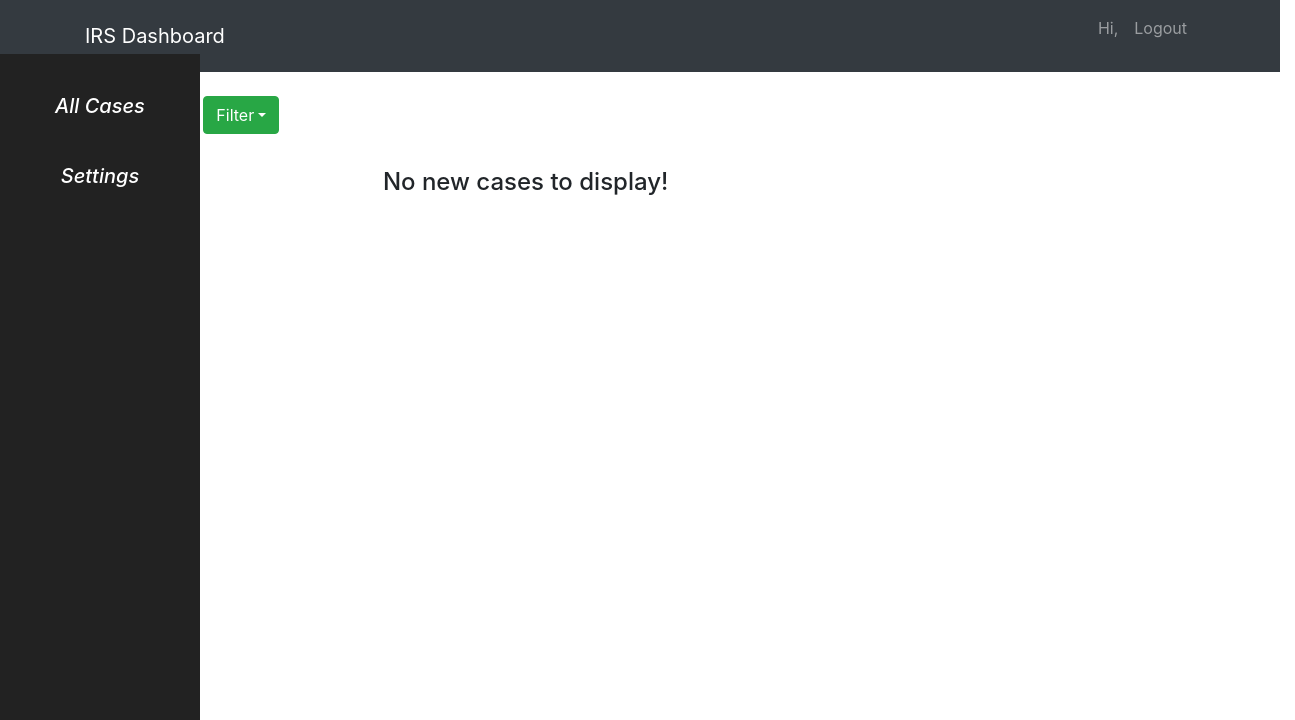
Repository: greeshmavyas/IRS_CS
Page: /AgentDashboard (app in AgentManagement/Frontend/)
The author's editor kept a copy of each file at every save. The page is drawn from the files as they stood at one save, then again after the next save.
The browser window is 1280 px wide. The page is 1295 px wide, so the pictures cover 1295 px, including what lies to the right of the window. The pictures show the whole page.
The page's requests for data from a server got no answer. Some web libraries are served in a nearby version. The project was rebuilt for these pictures with package versions that can differ from the ones it lists, and the page was loaded fresh each time. No one was signed in, and anything a server would have sent is missing. Also part of the build but not shown: AgentManagement/Frontend/src/components/NavbarLogin.js, AgentManagement/Frontend/src/components/login.js, AgentManagement/Frontend/src/components/Settings.js, AgentManagement/frontend/src/App.css.

Above is the page before, as saved 2020-10-27 01:42:35.

After the next save:
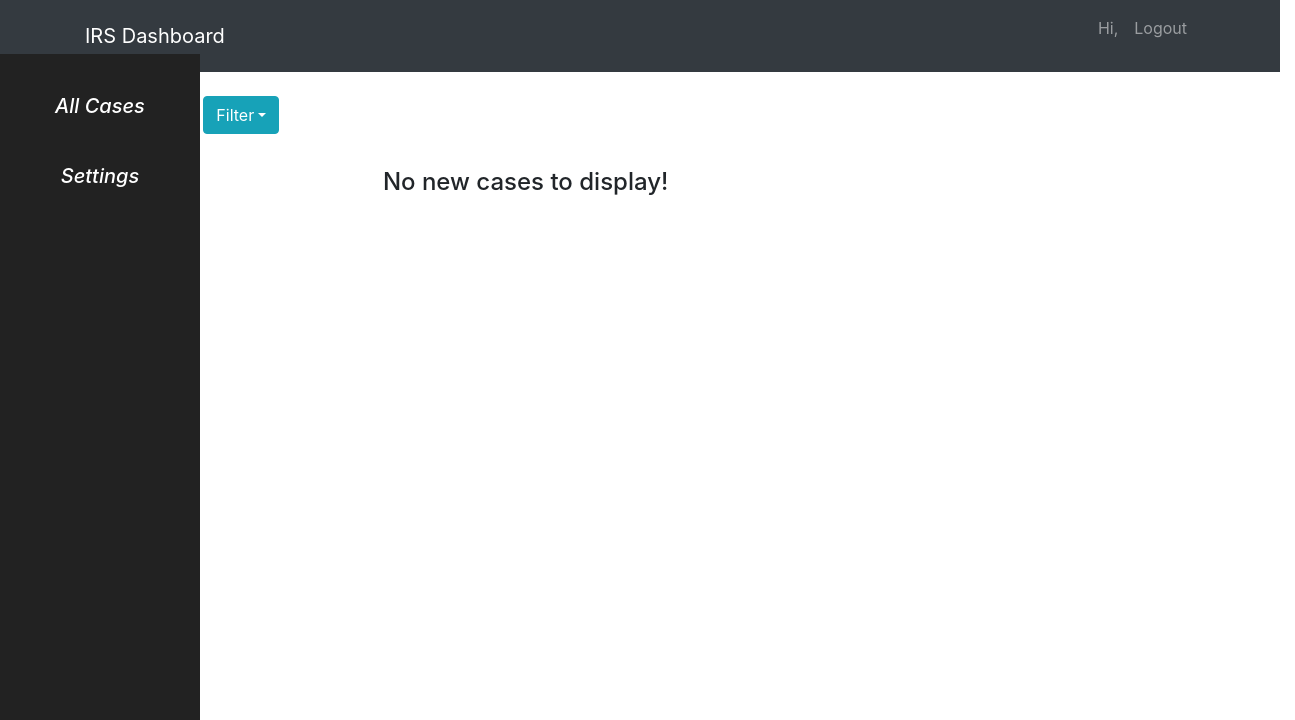
Saved 23 s later.
--- a/AgentManagement/Frontend/src/components/Dashboard.js
+++ b/AgentManagement/Frontend/src/components/Dashboard.js
@@ -122,7 +122,7 @@ class Dashboard extends Component {
           <div className="col-2">
             <Sidebar /></div>
           <Dropdown>
-            <Dropdown.Toggle variant="success" id="dropdown-basic">
+            <Dropdown.Toggle variant="info" id="dropdown-basic">
               Filter
             </Dropdown.Toggle>
 
